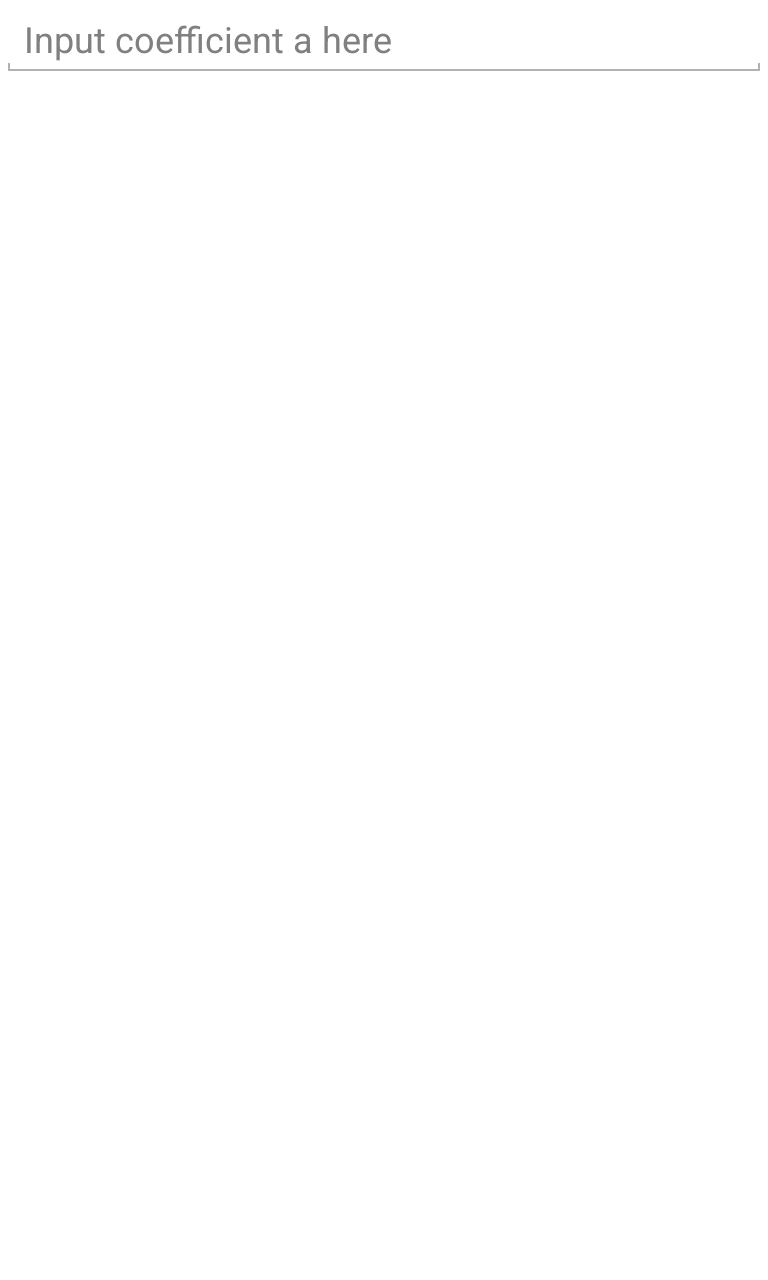
Repository: LightWay152/Lesson2_If_Switch_2
Layout: SuperlativeEquation/res/layout/activity_main.xml
These files come from the project's save history. The layout is drawn as it stood at one moment and after the next save; the edit follows.
It is drawn on a 768 x 1280 px phone screen (xhdpi) without system bars, with theme AppTheme; the app's code is not run.

Above is the layout before, as saved 2017-01-02 02:06:43.

After the next save:
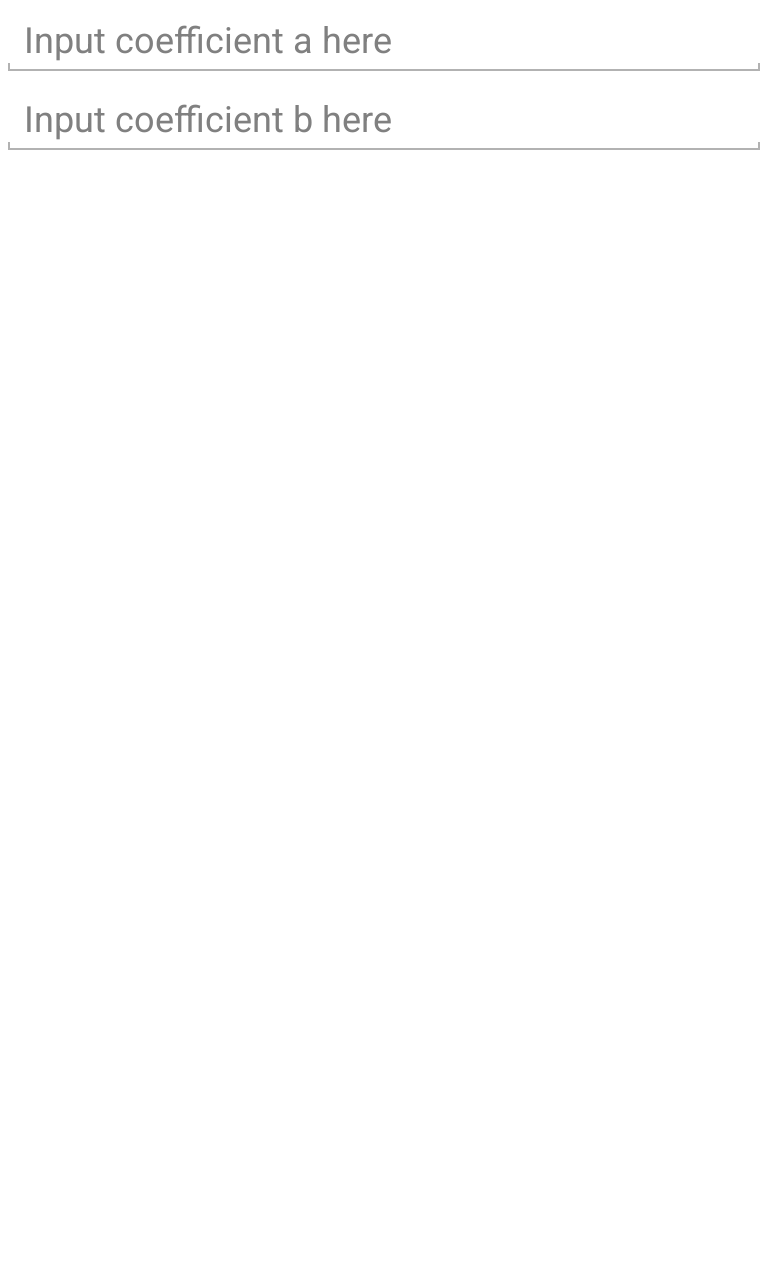
Saved 28 s later.
--- a/SuperlativeEquation/res/layout/activity_main.xml
+++ b/SuperlativeEquation/res/layout/activity_main.xml
@@ -10,5 +10,10 @@
         android:layout_width="match_parent"
         android:layout_height="wrap_content"
         android:hint="@string/input_coefficient_a"/>
+    <EditText
+        android:id="@+id/edtInputB"
+        android:layout_width="match_parent"
+        android:layout_height="wrap_content"
+        android:hint="@string/input_coefficient_b"/>
 
 </LinearLayout>
